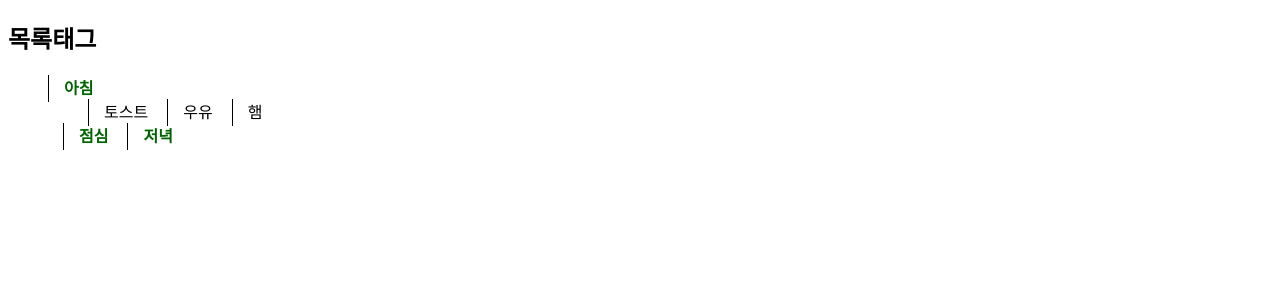
Repository: angelSuho/KCC_Learning_Repo
Page: Html/WebContent/list.html
An editor plug-in stored every save of this project. The page is shown before and after the next save, followed by the edit.
The browser window is 1280 px wide. The pictures show the whole page.

Above is the page before, as saved 2024-07-08 02:42:07.

### Html/WebContent/list.html
<!DOCTYPE html>
<html>
<head>
<meta charset="UTF-8">
<title>Insert title here</title>
<style type='text/css'>
	li {
		display: inline;
		padding: 5px 15px;
		border-left: 1px solid #000;
	}

	a {
		text-decoration: none;
		color: darkgreen;
		font-weight: bold;
		fint-size: 18px;
	}
</style>
</head>
<body>
	<h2>목록태그</h2>
	<ul>
		<li><a href="#">아침</a>
			<ul>
				<li>토스트</li>
				<li>우유</li>
				<li>햄</li>
			</ul>
		</li>
		<li><a href="#">점심</a></li>
		<li><a href="#">저녁</a></li>
	</ul>
</body>
</html>

After the next save:
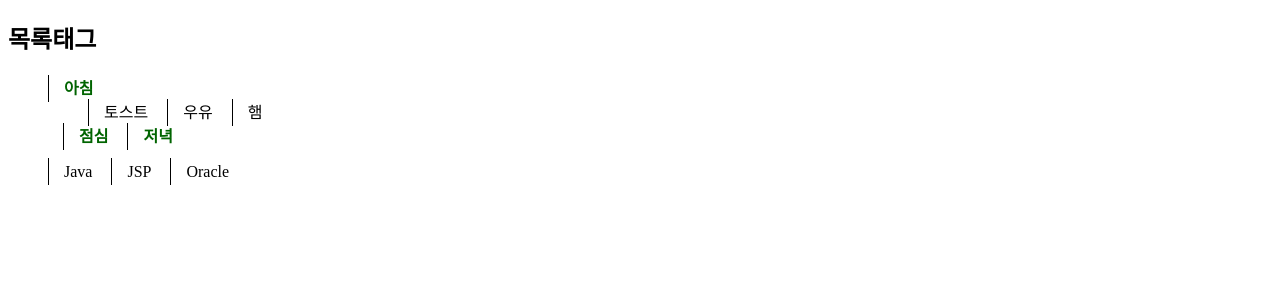
Saved 44 s later.
--- a/Html/WebContent/list.html
+++ b/Html/WebContent/list.html
@@ -31,5 +31,10 @@
 		<li><a href="#">점심</a></li>
 		<li><a href="#">저녁</a></li>
 	</ul>
+	<ol>
+		<li>Java</li>
+		<li>JSP</li>
+		<li>Oracle</li>
+	</ol>
 </body>
 </html>
